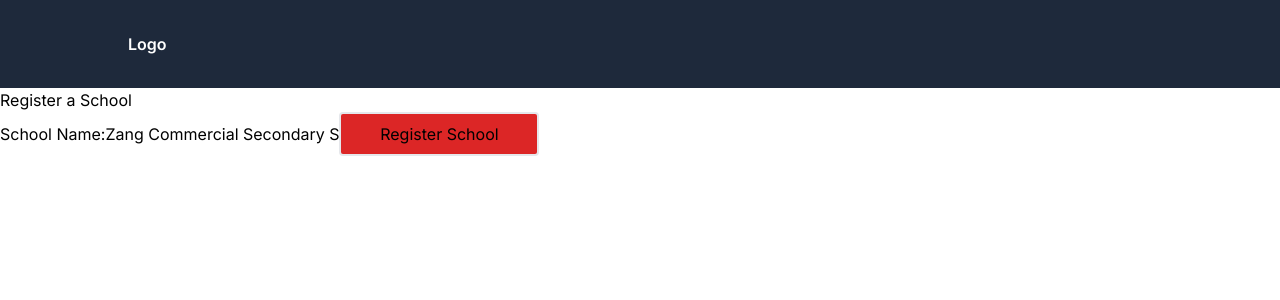
Repository: marcusdashe/fullstack-ts
Page: /school
The author's editor kept a copy of each file at every save. The page is drawn from the files as they stood at one save, then again after the next save.
The browser window is 1280 px wide. The pictures show the whole page.
The page's requests for data from a server got no answer. The project was rebuilt for these pictures with package versions that can differ from the ones it lists, and the page was loaded fresh each time. The framework's server and built-in components were replaced by stand-ins that run in the browser. No one was signed in, and anything a server would have sent is missing. Also part of the build but not shown: next.config.js.

Above is the page before, as saved 2023-07-28 12:16:25.

After the next save:
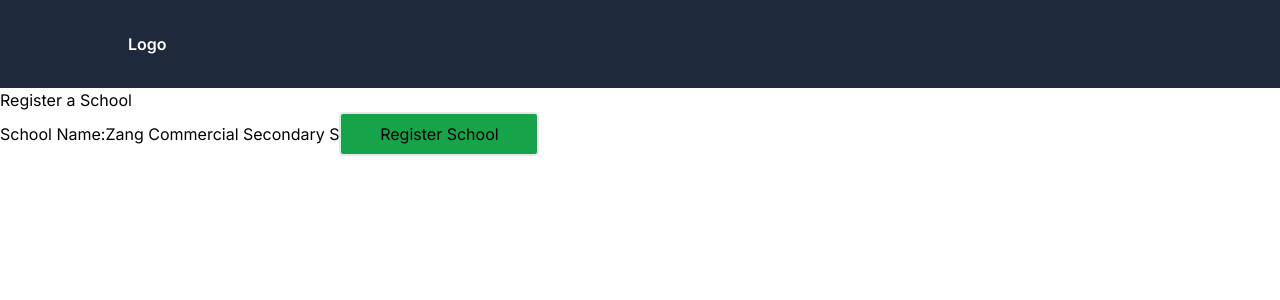
Saved 29 min 55 s later.
--- a/app/school/page.tsx
+++ b/app/school/page.tsx
@@ -51,7 +51,7 @@ const RegisterSchoolPage: React.FC = () => {
         </label>
         <button
           type="submit"
-          className="border-2 bg-red-600 rounded p-2 w-[200px]  "
+          className="border-2 bg-green-600 rounded p-2 w-[200px]  "
         >
           Register School
         </button>
